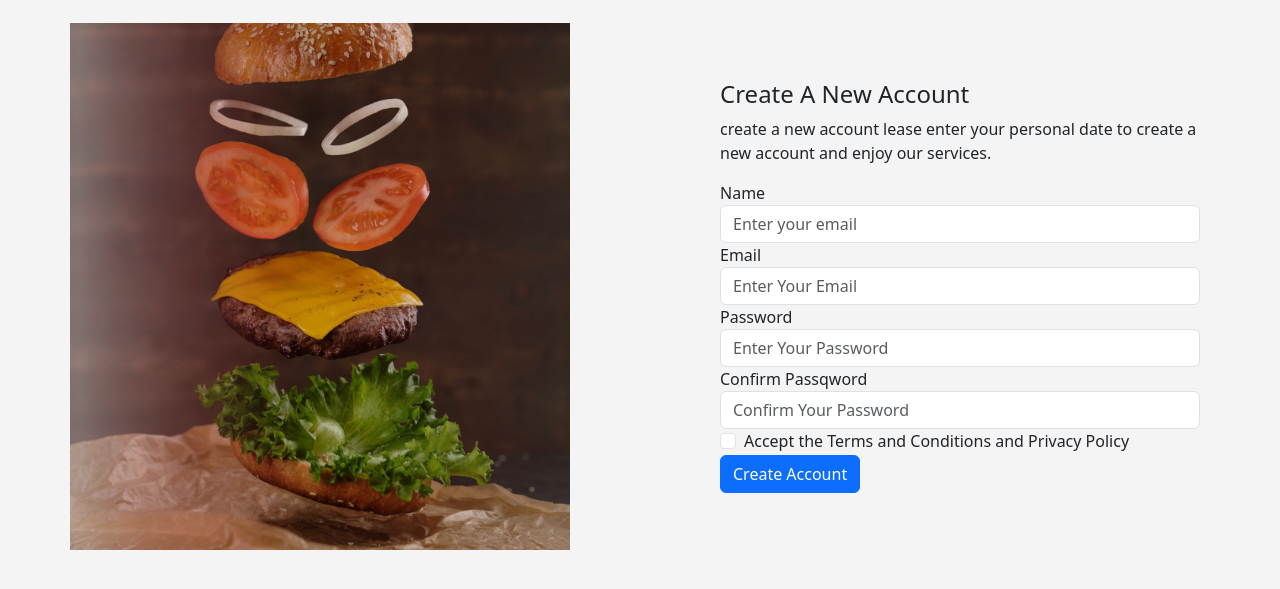
Repository: Esraa-Mahmoud-Mohamed/hamburger-restaurant-website
Page: dist/signup.html
An editor plug-in stored every save of this project. The page is shown before and after the next save, followed by the edit.
The browser window is 1280 px wide. The pictures show the whole page.
Some web fonts or font styles are not loaded; a fallback is used.

Above is the page before, as saved 2025-10-07 03:04:42.

After the next save:
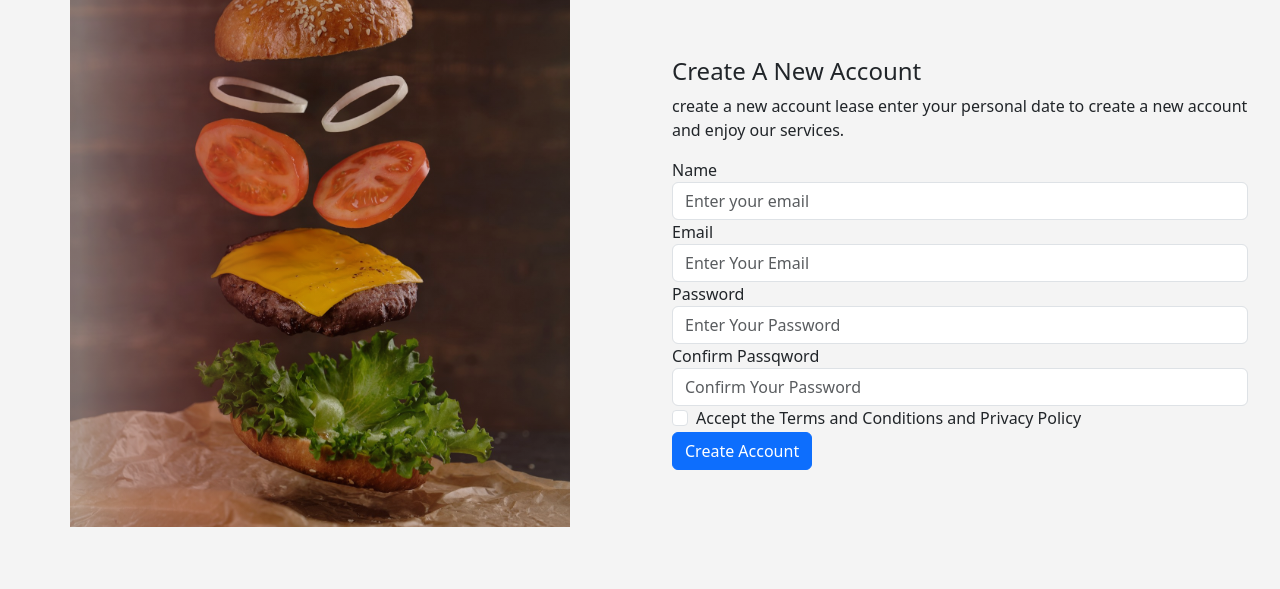
Saved 9 s later.
--- a/dist/css/style.css
+++ b/dist/css/style.css
@@ -46,22 +46,21 @@ body {
   margin: 0px;
 }
 
-.image-side {
+.signUp .image-side {
   display: flex;
   justify-content: center;
   align-items: center;
-  padding: 0px;
 }
-.image-side img {
+.signUp .image-side img {
   width: 100%;
   height: auto;
   max-width: 500px;
 }
-.form-side {
+.signUp .form-side {
   display: flex;
   flex-direction: column;
   justify-content: center;
-  padding: 5rem;
+  padding: 2rem;
 }
 
 /*# sourceMappingURL=style.css.map */
